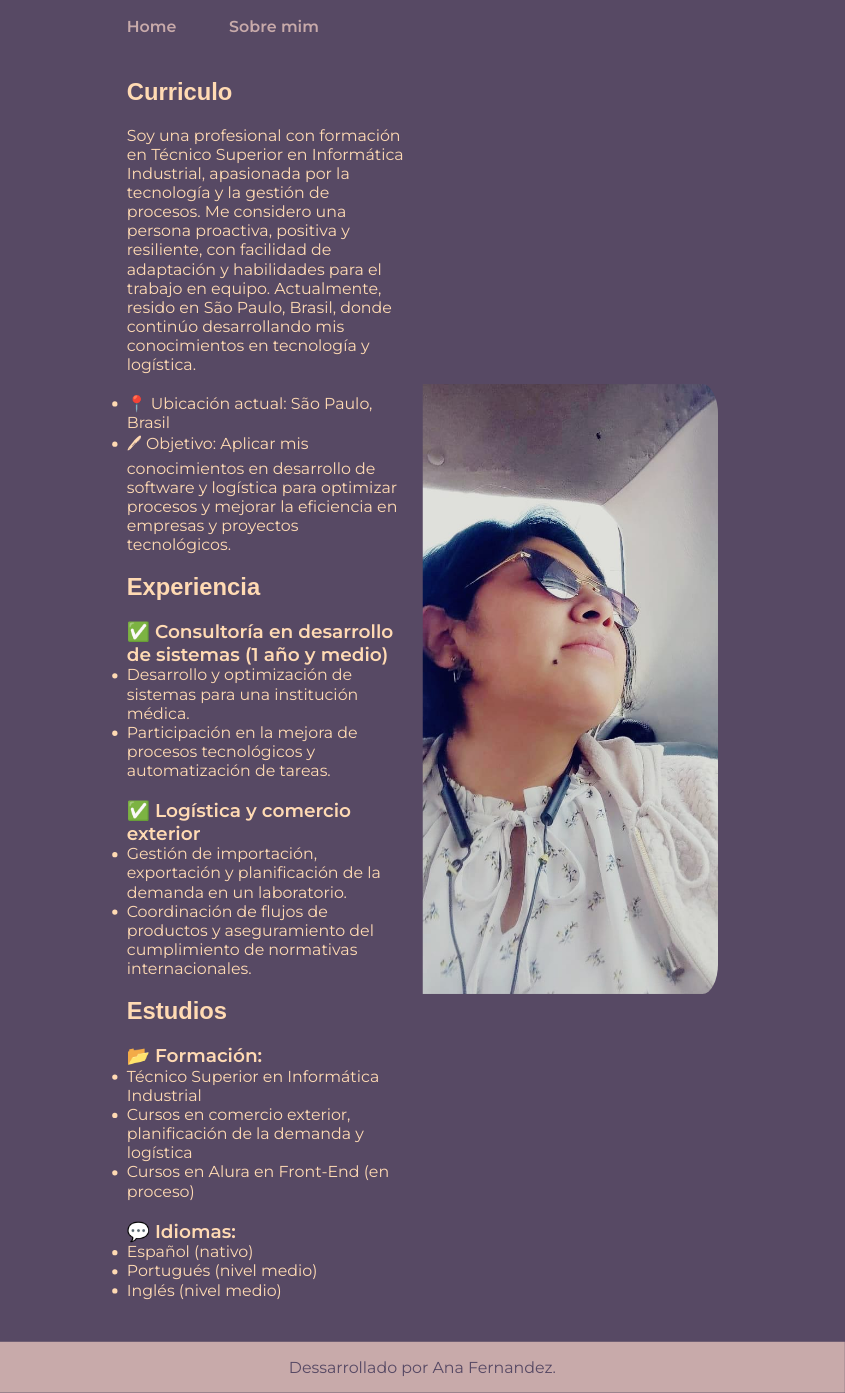
Repository: AnaFzCz/Portifolio-HTML-CSS-dinamico
Page: about.html
The author's editor kept a copy of each file at every save. The page is drawn from the files as they stood at one save, then again after the next save.
The browser window is 1280 px wide. The pictures show the whole page, at 66% of full size.
Some web fonts or font styles are not loaded; a fallback is used.

Above is the page before, as saved 2025-02-11 10:22:26.

### about.html
<!DOCTYPE html>
<html lang="en">

<head>
    <meta charset="UTF-8">
    <meta http-equiv="X-UA-Compatible" content="IE=edge">
    <meta name="viewport" content="width=device-width, initial-scale=1.0">
    <title>Sobre mim</title>
    <link rel="stylesheet" href="./styles/style.css">
</head>

<body>
    <header class="cabecalho">
        <nav class="cabecalho__menu">
            <a class="cabecalho__menu__link" href="index.html">Home</a>
            <a class="cabecalho__menu__link" href="about.html">Sobre mim</a>
        </nav>
    </header>
    <main class="apresentacao">

        <section class="apresentacao__conteudo__texto">

            <h2 class="apresentacao__conteudo__titulo">Curriculo</h2>
            <br>
            <p class="">Soy una profesional con formación en Técnico Superior en
                Informática Industrial, apasionada por la tecnología y la gestión de procesos. Me considero una
                persona
                proactiva, positiva y resiliente, con facilidad de
                adaptación y habilidades para el trabajo en equipo. Actualmente, resido en São Paulo, Brasil, donde
                continúo desarrollando mis conocimientos en tecnología y logística.

            </p>
            <br>
            <ul>
                <li> &#x1F4CD Ubicación actual: São Paulo, Brasil</li>
                <li> &#x1F58A Objetivo: Aplicar mis conocimientos en desarrollo de software y logística para optimizar
                    procesos y mejorar la eficiencia en empresas y proyectos tecnológicos.</li>
            </ul>

            <br>
            <h2 class="apresentacao__conteudo__titulo">Experiencia</h2>
            <br>
            <h3>&#x2705 Consultoría en desarrollo de sistemas (1 año y medio)</h3>
            <ul>
                <li> Desarrollo y optimización de sistemas para una institución médica.</li>
                <li> Participación en la mejora de procesos tecnológicos y automatización de tareas.</li>
            </ul>
            <br>
            <h3>&#x2705 Logística y comercio exterior</h3>
            <ul>
                <li>Gestión de importación, exportación y planificación de la demanda en un laboratorio.</li>
                <li>Coordinación de flujos de productos y aseguramiento del cumplimiento de normativas internacionales.
                </li>
            </ul>
            <br>
            <h2 class="apresentacao__conteudo__titulo">Estudios</h2>
            <br>
            <h3> &#x1F4C2 Formación:</h3>
            <ul>
                <li>Técnico Superior en Informática Industrial</li>
                <li>Cursos en comercio exterior, planificación de la demanda y logística</li>
                <li>Cursos en Alura en Front-End (en proceso)</li>


            </ul>
            <br>
            <h3>&#x1F4AC Idiomas:</h3>
            <ul>
                <li>Español (nativo)</li>
                <li>Portugués (nivel medio)</li>
                <li>Inglés (nivel medio)</li>
            </ul>
        </section>
        <img class="apresentacao__imgem" src="/assets/Imagen-Ana.jpg" alt="Foto da Ana">
    </main>
    <footer class="rodape">
        <p>
            Dessarrollado por Ana Fernandez.
        </p>
    </footer>
</body>

</html>

### styles/style.css
@import url('https://fonts.googleapis.com/css2?family=Krona+One&family=Montserrat:wght@400;600&display=swap');

:root {
    --cor-primaria: #574964;
    --cor-secundaria: #FFDAB3;
    --cor-terciaria: #C8AAAA;
    --cor-hover: #9F8383;
    --font-primaria: 'Krona One', sans-serif;
    --font-secundaria: 'Montserrat', sans-serif;

}

* {
    margin: 0;
    padding: 0;
}

body {
    /* height: 100vh; */
    box-sizing: border-box;
    background-color: var(--cor-primaria);
    color: var(--cor-secundaria);
}

.titulo-destaque {
    color: var(--cor-terciaria);
}

.cabecalho {
    background-color: var(--cor-primaria);
    padding: 2% 0% 0% 15%;

}

.cabecalho__menu {
    display: flex;
    gap: 80px;
    /* justify-content: center;
    align-items: center; */
}

.cabecalho__menu__link {
    font-size: 1.5rem;
    font-family: var(--font-secundaria);
    color: var(--cor-terciaria);
    font-weight: 600;
    text-decoration: none;
}



/* .cabecalho__menu__link:hover {
    color: #007bff;
}



.cabecalho__menu__link {
    padding: 10px 15px;
} */

.apresentacao {
    padding: 5% 15%;
    display: flex;
    align-items: center;
    justify-content: space-between;
}

.apresentacao__conteudo {
    width: 615px;
    display: flex;
    flex-direction: column;
    gap: 40px;
}

.apresentacao__conteudo__titulo {
    font-size: 2.25rem;
    font-family: var(--font-primaria);
}

.apresentacao__conteudo__texto {
    font-size: 1.5rem;
    font-family: var(--font-secundaria);
}

.apresentacao__links {
    display: flex;
    flex-direction: column;
    justify-content: space-between;
    align-items: center;
    gap: 32px;
}

.apresentacao__links__subtitulo {
    font-family: 'Krona One', sans-serif;
    font-weight: 400;
    font-size: 1.5rem;
}

.apresentacao__links__link {
    /* background-color: #22D4FD; */
    display: flex;
    justify-content: center;
    gap: 16px;
    border: 2px solid var(--cor-terciaria);
    width: 378px;
    text-align: center;
    border-radius: 8px;
    font-size: 1.5rem;
    font-weight: 600;
    padding: 21.5px 0;
    text-decoration: none;
    color: var(--cor-secundaria);
    font-family: var(--font-secundaria);
}

.apresentacao__links__link:hover {
    cursor: pointer;
    background-color: var(--cor-hover);
    /* border: 2px solid #0000FF; */
}

ul {
    list-style: disc;
}

img {
    border-radius: 5%;
    padding-left: 3%;

}
.apresentacao__imgem{
    width: 50%;
}

.rodape {
    padding: 24px;
    color: var(--cor-primaria);
    background-color: var(--cor-terciaria);
    text-align: center;
    font-family: var(--font-secundaria);
    font-size: 1.5rem;
    font-weight: 400;
}

After the next save:
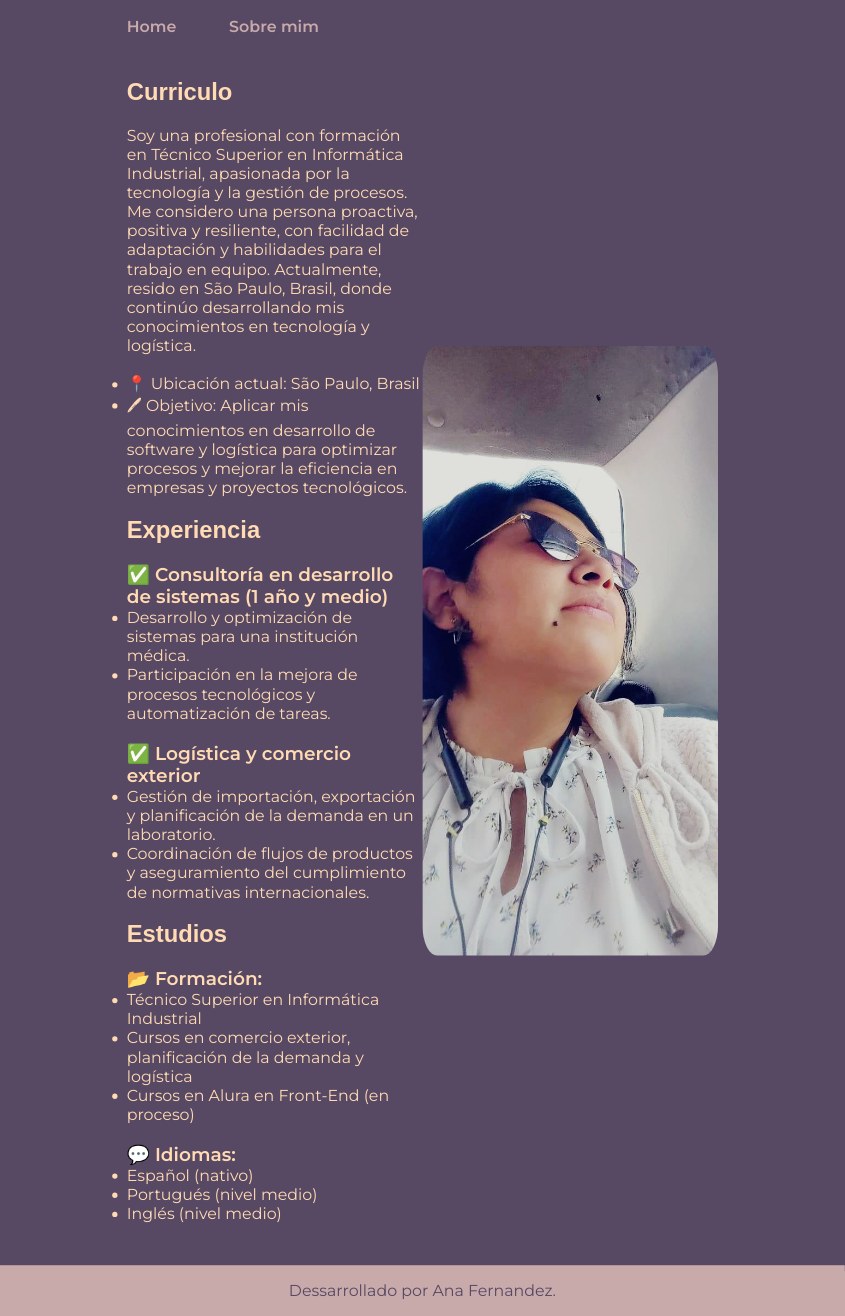
Saved 13 s later.
--- a/styles/style.css
+++ b/styles/style.css
@@ -124,13 +124,10 @@
     list-style: disc;
 }
 
-img {
-    border-radius: 5%;
-    padding-left: 3%;
 
-}
 .apresentacao__imgem{
     width: 50%;
+    border-radius: 5%;
 }
 
 .rodape {
